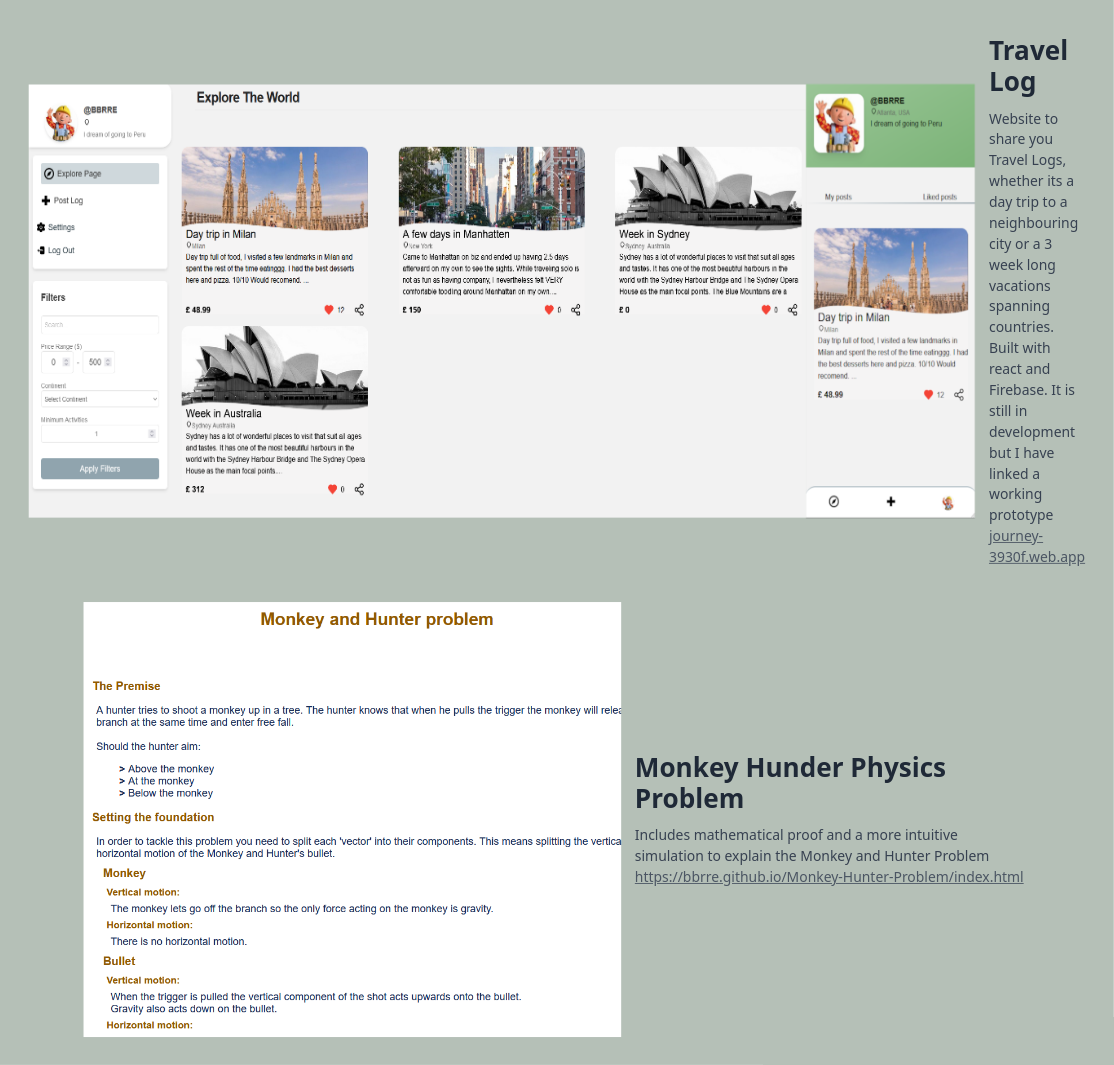
Repository: BBRRE/Portfolio-V2
Page: /#/Computer-Sci
An editor plug-in stored every save of this project. The page is shown before and after the next save, followed by the edit.
The browser window is 1280 px wide. The pictures show the whole page, at 87% of full size.
Some web fonts or font styles are not loaded; a fallback is used. The project was rebuilt for these pictures with package versions that can differ from the ones it lists, and the page was loaded fresh each time. Also part of the build but not shown: vite.config.js, src/Subjects/Archi.jsx, src/Subjects/EEng.jsx, src/Subjects/Other.jsx, src/Projects Overview.jsx, src/HomePage.jsx, src/ErrorBoundary.jsx.

Above is the page before, as saved 2024-11-08 22:22:44.

### index.html
<!doctype html>
<html lang="en">
  <head>
    <meta charset="UTF-8" />
    <link rel="icon" type="image/svg+xml" href="src\assets\letter-bb.svg" />
    <link href="https://fonts.googleapis.com/css2?family=Inconsolata&family=Italiana&family=Hubballi&family=Julius+Sans+One&display=swap" rel="stylesheet">
    <link rel="preconnect" href="https://fonts.googleapis.com" />
<link rel="preconnect" href="https://fonts.gstatic.com" crossorigin />
<link
  rel="stylesheet"
  href="https://fonts.googleapis.com/css2?family=Roboto:wght@300;400;500;700&display=swap"
/>
<link
  rel="stylesheet"
  href="https://fonts.googleapis.com/icon?family=Material+Icons"
/>

    <meta name="viewport" content="width=device-width, initial-scale=1.0" />
    <title>Bilaal Bare</title>
  </head>
  <body>
    <div id="root"></div>
    <script type="module" src="/src/main.jsx"></script>
  </body>
</html>

### src/main.jsx
import React from 'react'
import ReactDOM from 'react-dom/client'
import App from './App'
import ErrorBoundary from './ErrorBoundary'
import './index.css'

ReactDOM.createRoot(document.getElementById('root')).render(
  <React.StrictMode>
    <ErrorBoundary>
      <App />
    </ErrorBoundary>
  </React.StrictMode>
)

### src/App.jsx
import { HashRouter as Router, Routes, Route } from 'react-router-dom';
import Archi from './Subjects/Archi.jsx'
import CompSci from './Subjects/CompSci.jsx'
import EEng from './Subjects/EEng.jsx'
import Other from './Subjects/Other.jsx'
import { HomePage } from './HomePage'
import { useState, useEffect } from 'react'

function App() {
  useEffect(() => {
    console.log('App component mounted')
  }, [])

  return (
    <Router>
        <Routes>
          <Route path="/" element={<HomePage />} />
          <Route path="/Architecture" element={<Archi />} />
          <Route path="/Electronic-Eng" element={<EEng />} />
          <Route path="/Computer-Sci" element={<CompSci />} />
          <Route path="/Other" element={<Other />} />
        </Routes>
    </Router>
  )
}

export default App

### src/index.css
@tailwind base;
@tailwind components;
@tailwind utilities;

@layer utilities {
  .bg-dot-pattern {
    background-image: radial-gradient(circle, rgba(0, 0, 0, 0.2) 1px, transparent 1px);
    background-size: 50px 50px; /* Adjust the spacing here */
  }
}

### src/Subjects/CompSci.jsx
import React from 'react'
import cs from '../assets/aaaa.png'
import ph from '../assets/Monkey.png'

const CompSci = () => {
  return (
    <div className='bg-[#B5C0B7] w-full h-auto min-h-screen grid grid-cols-1'>
      <div className='flex md:flex-row flex-col justify-center align-middle w-[85%] h-[500px] mx-auto mt-24'>
        <img src={cs} />
        <div className="flex flex-col ml-4 gap-3 justify-center">
          <h2 className=" text-left text-xl md:text-2xl lg:text-3xl font-semibold text-gray-800">
            Travel Log
          </h2>
        <p className="text-gray-700 text-sm md:text-base leading-relaxed">
          Website to share you Travel Logs, whether its a day trip to a neighbouring city or a 3 week long vacations spanning countries. Built with react
          and Firebase. It is still in development but I have linked a working prototype <a href="https://journey-3930f.web.app/" className='underline text-gray-600'>journey-3930f.web.app</a>
        </p>
        </div>
      </div>

      <div className='flex md:flex-row flex-col justify-center align-middle w-[85%] h-[500px] mx-auto mt-24 mb-8'>
        <img src={ph} />
        <div className="flex flex-col ml-4 gap-3 justify-center">
          <h2 className=" text-left text-xl md:text-2xl lg:text-3xl font-semibold text-gray-800">
            Monkey Hunder Physics Problem
          </h2>
        <p className="text-gray-700 text-sm md:text-base leading-relaxed">
        Includes mathematical proof and a more intuitive simulation to explain the Monkey and Hunter Problem  <a href="https://bbrre.github.io/Monkey-Hunter-Problem/index.html" className='underline text-gray-600'>https://bbrre.github.io/Monkey-Hunter-Problem/index.html</a>
        </p>
        </div>
      </div>

    </div>
  )
}

export default CompSci

### tailwind.config.js
/** @type {import('tailwindcss').Config} */
export default {
    darkMode: ["class"],
    content: ["index.css",
  "./src/**/*.{js,ts,jsx,tsx}",],
  theme: {
  	extend: {
  		backgroundImage: {
  			noise: "url('/src/assets/nnnoise.svg')",
  			undulate: "url('/src/assets/uuundulate.svg')"
  		},
  		fontFamily: {
  			inconsolata: ['Inconsolata', 'monospace'],
  			italiana: ['Italiana', 'serif'],
  			hubballi: ['Hubballi', 'cursive'],
  			julius: ['Julius Sans One"', 'sans-serif']
  		},
      keyframes: {
        fadeIn: {
          '0%': { opacity: '0' },
          '100%': { opacity: '1' },
        },
      }
  	}
  }
}

After the next save:
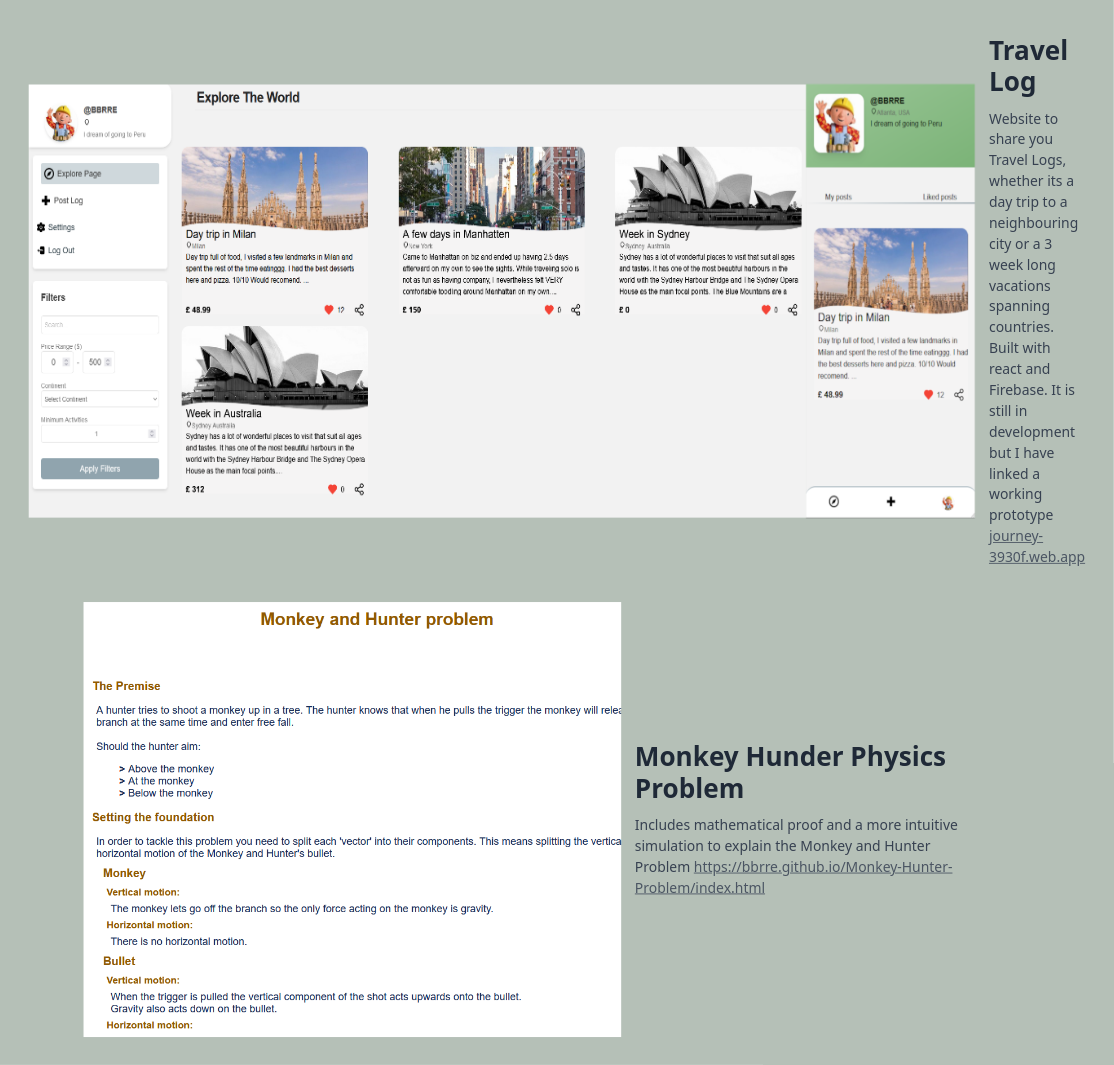
Saved 5 days later.
--- a/src/Subjects/CompSci.jsx
+++ b/src/Subjects/CompSci.jsx
@@ -1,6 +1,7 @@
 import React from 'react'
 import cs from '../assets/aaaa.png'
 import ph from '../assets/Monkey.png'
+import tr from '../assets/tra.png'
 
 const CompSci = () => {
   return (
@@ -24,7 +25,7 @@ const CompSci = () => {
           <h2 className=" text-left text-xl md:text-2xl lg:text-3xl font-semibold text-gray-800">
             Monkey Hunder Physics Problem
           </h2>
-        <p className="text-gray-700 text-sm md:text-base leading-relaxed">
+        <p className="text-gray-700 text-sm md:text-base leading-relaxed max-w-[400px]">
         Includes mathematical proof and a more intuitive simulation to explain the Monkey and Hunter Problem  <a href="https://bbrre.github.io/Monkey-Hunter-Problem/index.html" className='underline text-gray-600'>https://bbrre.github.io/Monkey-Hunter-Problem/index.html</a>
         </p>
         </div>
